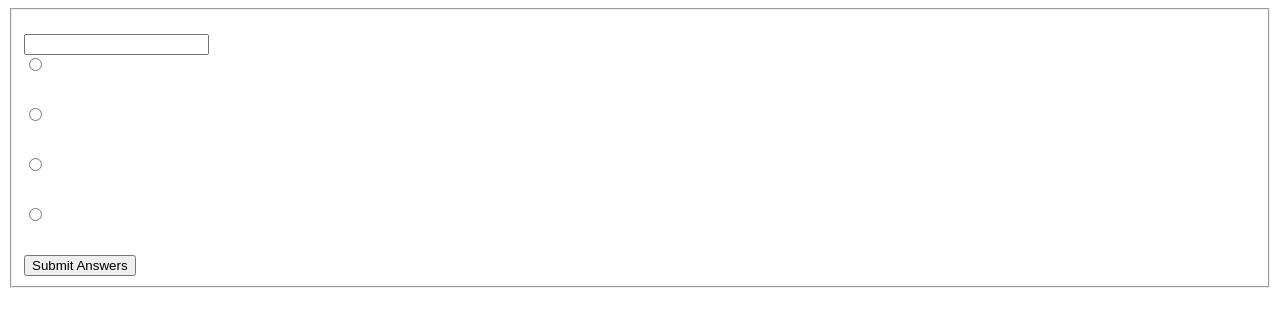
Repository: KristianCastaneda/surveyProject
Page: public/modules/responses/views/take-response.client.view.html
The author's editor kept a record of every edit. The page is drawn from the files as they stood at one moment, then again after the next edit.
The browser window is 1280 px wide. The pictures show the whole page.

Above is the page before.

### public/modules/responses/views/take-response.client.view.html
<section data-ng-controller="ResponsesController" data-ng-init="findOne()">
   	<div class="page-header">
		<h1 data-ng-bind="survey.title"></h1>
	</div>
	<div class="col-md-12">
		<form name="answersForm" class="form-horizontal"  data-ng-submit="create()" >
			<fieldset>
				   <input type="hidden"  name="surveyId" data-ng-model="survey._id" data-ng-bind="survey._id" id="surveyId" class="form-control" >
                <div>
                    <h3 data-ng-bind="survey.question1"></h3>
                    <input type="text"  name="question1" data-ng-model="survey.question1" data-ng-bind="survey.question1" id="question1" class="form-control" >
                </div>
                <div class="radio">
                    <input type="radio" name="answers" value="a"><p data-ng-bind="survey.answers1a"></p><br/>
                    <input type="radio" name="answers" value="b"><p data-ng-bind="survey.answers1b" ></p><br/>
                    <input type="radio" name="answers" value="c"><p data-ng-bind="survey.answers1c" ></p><br/>
                    <input type="radio" name="answers" value="d"><p data-ng-bind="survey.answers1d" ></p><br/>
                </div>
                <div class="form-group">
                    <input type="submit" value="Submit Answers" class="btn btn-default">
                </div>
                <div data-ng-show="error" class="text-danger">
				    <strong data-ng-bind="error"></strong>
			    </div>
            </fieldset>
        </form>
    </div>
</section>

After the next edit:
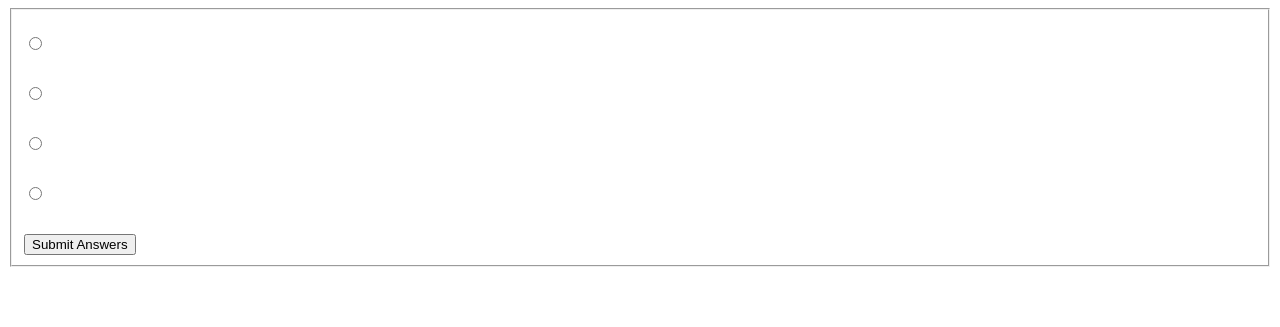
The edit:
--- a/public/modules/responses/views/take-response.client.view.html
+++ b/public/modules/responses/views/take-response.client.view.html
@@ -8,7 +8,7 @@
 				   <input type="hidden"  name="surveyId" data-ng-model="survey._id" data-ng-bind="survey._id" id="surveyId" class="form-control" >
                 <div>
                     <h3 data-ng-bind="survey.question1"></h3>
-                    <input type="text"  name="question1" data-ng-model="survey.question1" data-ng-bind="survey.question1" id="question1" class="form-control" >
+                    <input type="hidden"  name="question1" data-ng-model="survey.question1" data-ng-bind="survey.question1" id="question1" class="form-control" >
                 </div>
                 <div class="radio">
                     <input type="radio" name="answers" value="a"><p data-ng-bind="survey.answers1a"></p><br/>
